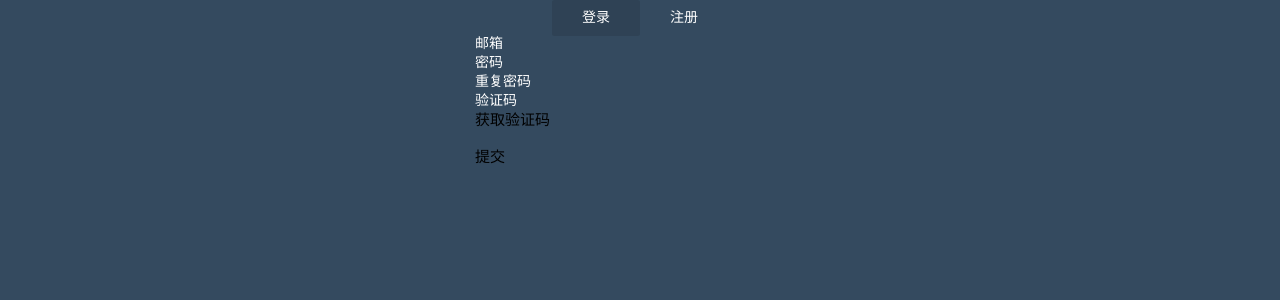
Repository: stingys/vue-admin
Page: /
An editor plug-in stored every save of this project. The page is shown before and after the next save, followed by the edit.
The browser window is 1280 px wide. The pictures show the whole page.
The project was rebuilt for these pictures with package versions that can differ from the ones it lists, and the page was loaded fresh each time. Also part of the build but not shown: vue.config.js. Imported but missing from the stored project, and not drawn on this page: src/plugins/elementUI.

Above is the page before, as saved 2020-03-12 14:58:46.

### src/main.js
import Vue from "vue";
import App from "./App.vue";
import router from "./router";
import store from "./store";

import './plugins/elementUI'
import '../src/styles/reset.css'

Vue.config.productionTip = false;

new Vue({
  router,
  store,
  render: h => h(App)
}).$mount("#app");

### src/App.vue
<template>
  <div id="app">
     <router-view></router-view>
  </div>
</template>

### src/router/index.js
import Vue from "vue";
import VueRouter from "vue-router";

Vue.use(VueRouter);

const routes = [
  {
    path: "/",
    redirect:'login',
  },
  {
    path: "/login",
    name:'Login',
    component: () =>
      import(/* webpackChunkName: "about" */ "@/views/Login/index")
  }
];

const router = new VueRouter({
  routes
});

export default router;

### src/styles/reset.css
/*! normalize.css v8.0.1 | MIT License | github.com/necolas/normalize.css */
/* Document
   ========================================================================== */
/**
 * 1. Correct the line height in all browsers.
 * 2. Prevent adjustments of font size after orientation changes in iOS.
 */
/* div的默认样式不存在padding和margin为0的情况*/
html,
body,
div,
span,
applet,
object,
iframe,
h1,
h2,
h3,
h4,
h5,
h6,
p,
blockquote,
pre,
a,
abbr,
acronym,
address,
big,
cite,
code,
del,
dfn,
em,
img,
ins,
kbd,
q,
s,
samp,
small,
strike,
strong,
sub,
sup,
tt,
var,
b,
u,
i,
center,
dl,
dt,
dd,
ol,
ul,
fieldset,
form,
label,
legend,
table,
caption,
tbody,
tfoot,
thead,
tr,
th,
td,
article,
aside,
canvas,
details,
embed,
figure,
figcaption,
footer,
header,
hgroup,
menu,
nav,
output,
ruby,
section,
summary,
time,
mark,
audio,
video {
  margin: 0;
  padding: 0;
  font-size: 100%;
  font: inherit;
  vertical-align: baseline;
}
/* HTML5 display-role reset for older browsers */
article,
aside,
details,
figcaption,
figure,
footer,
header,
hgroup,
menu,
nav,
section {
  display: block;
}
html {
  line-height: 1.15;
  /* 1 */
  -webkit-text-size-adjust: 100%;
  /* 2 */
}
/* Sections
     ========================================================================== */
/**
   * Remove the margin in all browsers.
   */
body {
  margin: 0;
  /* background-color: #f7f7f7; */
  font-family: 'Microsoft YaHei';
  font-size: 15px;
}
/**
   * Render the `main` element consistently in IE.
   */
main {
  display: block;
}
/**
   * Correct the font size and margin on `h1` elements within `section` and
   * `article` contexts in Chrome, Firefox, and Safari.
   */
/* Grouping content
     ========================================================================== */
/**
   * 1. Add the correct box sizing in Firefox.
   * 2. Show the overflow in Edge and IE.
   */
hr {
  box-sizing: content-box;
  /* 1 */
  height: 0;
  /* 1 */
  overflow: visible;
  /* 2 */
}
/**
   * 1. Correct the inheritance and scaling of font size in all browsers.
   * 2. Correct the odd `em` font sizing in all browsers.
   */
pre {
  font-family: monospace, monospace;
  /* 1 */
  font-size: 1em;
  /* 2 */
}
/* Text-level semantics
     ========================================================================== */
/**
   * Remove the gray background on active links in IE 10.
   */
a {
  background-color: transparent;
  text-decoration: none;
}
/**
   * 1. Remove the bottom border in Chrome 57-
   * 2. Add the correct text decoration in Chrome, Edge, IE, Opera, and Safari.
   */
abbr[title] {
  border-bottom: none;
  /* 1 */
  text-decoration: underline;
  /* 2 */
  text-decoration: underline dotted;
  /* 2 */
}
/**
   * Add the correct font weight in Chrome, Edge, and Safari.
   */
b,
strong {
  font-weight: bolder;
}
/**
   * 1. Correct the inheritance and scaling of font size in all browsers.
   * 2. Correct the odd `em` font sizing in all browsers.
   */
code,
kbd,
samp {
  font-family: monospace, monospace;
  /* 1 */
  font-size: 1em;
  /* 2 */
}
/**
   * Add the correct font size in all browsers.
   */
small {
  font-size: 80%;
}
/**
   * Prevent `sub` and `sup` elements from affecting the line height in
   * all browsers.
   */
sub,
sup {
  font-size: 75%;
  line-height: 0;
  position: relative;
  vertical-align: baseline;
}
sub {
  bottom: -0.25em;
}
sup {
  top: -0.5em;
}
/* Embedded content
     ========================================================================== */
/**
   * Remove the border on images inside links in IE 10.
   */
img {
  display: block;
  border-style: none;
}
/* Forms
     ========================================================================== */
/**
   * 1. Change the font styles in all browsers.
   * 2. Remove the margin in Firefox and Safari.
   */
button,
input,
optgroup,
select,
textarea {
  font-family: inherit;
  /* 1 */
  font-size: 100%;
  /* 1 */
  line-height: 1.15;
  /* 1 */
  margin: 0;
  /* 2 */
}
/**
   * Show the overflow in IE.
   * 1. Show the overflow in Edge.
   */
button,
input {
  /* 1 */
  overflow: visible;
}
/**
   * Remove the inheritance of text transform in Edge, Firefox, and IE.
   * 1. Remove the inheritance of text transform in Firefox.
   */
button,
select {
  /* 1 */
  text-transform: none;
}
/**
   * Correct the inability to style clickable types in iOS and Safari.
   */
button,
[type="button"],
[type="reset"],
[type="submit"] {
  -webkit-appearance: button;
}
/**
   * Remove the inner border and padding in Firefox.
   */
button::-moz-focus-inner,
[type="button"]::-moz-focus-inner,
[type="reset"]::-moz-focus-inner,
[type="submit"]::-moz-focus-inner {
  border-style: none;
  padding: 0;
}
/**
   * Restore the focus styles unset by the previous rule.
   */
button:-moz-focusring,
[type="button"]:-moz-focusring,
[type="reset"]:-moz-focusring,
[type="submit"]:-moz-focusring {
  outline: 1px dotted ButtonText;
}
/**
   * Correct the padding in Firefox.
   */
fieldset {
  padding: 0.35em 0.75em 0.625em;
}
/**
   * 1. Correct the text wrapping in Edge and IE.
   * 2. Correct the color inheritance from `fieldset` elements in IE.
   * 3. Remove the padding so developers are not caught out when they zero out
   *    `fieldset` elements in all browsers.
   */
legend {
  box-sizing: border-box;
  /* 1 */
  color: inherit;
  /* 2 */
  display: table;
  /* 1 */
  max-width: 100%;
  /* 1 */
  padding: 0;
  /* 3 */
  white-space: normal;
  /* 1 */
}
/**
   * Add the correct vertical alignment in Chrome, Firefox, and Opera.
   */
progress {
  vertical-align: baseline;
}
/**
   * Remove the default vertical scrollbar in IE 10+.
   */
textarea {
  overflow: auto;
}
/**
   * 1. Add the correct box sizing in IE 10.
   * 2. Remove the padding in IE 10.
   */
[type="checkbox"],
[type="radio"] {
  box-sizing: border-box;
  /* 1 */
  padding: 0;
  /* 2 */
}
/**
   * Correct the cursor style of increment and decrement buttons in Chrome.
   */
[type="number"]::-webkit-inner-spin-button,
[type="number"]::-webkit-outer-spin-button {
  height: auto;
}
/**
   * 1. Correct the odd appearance in Chrome and Safari.
   * 2. Correct the outline style in Safari.
   */
[type="search"] {
  -webkit-appearance: textfield;
  /* 1 */
  outline-offset: -2px;
  /* 2 */
}
/**
   * Remove the inner padding in Chrome and Safari on macOS.
   */
[type="search"]::-webkit-search-decoration {
  -webkit-appearance: none;
}
/**
   * 1. Correct the inability to style clickable types in iOS and Safari.
   * 2. Change font properties to `inherit` in Safari.
   */
::-webkit-file-upload-button {
  -webkit-appearance: button;
  /* 1 */
  font: inherit;
  /* 2 */
}
/* Interactive
     ========================================================================== */
/*
   * Add the correct display in Edge, IE 10+, and Firefox.
   */
details {
  display: block;
}
/*
   * Add the correct display in all browsers.
   */
summary {
  display: list-item;
}
/* Misc
     ========================================================================== */
/**
   * Add the correct display in IE 10+.
   */
template {
  display: none;
}
/**
   * Add the correct display in IE 10.
   */
[hidden] {
  display: none;
}
ul,
li {
  list-style: none;
}

### src/views/Login/index.vue
<template>
   <div id="login">
    <div class="login-wrap">
      <ul class="menu-tab">
        <li v-for="item in menuTab" :key="item.id" :class="{'current': item.current}" @click="toggleMenu(item)">
          {{ item.txt }}
        </li>
      </ul>
    <!-- 表单 start -->
    <el-form :model="ruleForm" status-icon :rules="rules" ref="ruleForm" size="medium" class="login-form">

      <el-form-item prop="username" class="item-from">
        <label for="email">邮箱</label>
        <el-input id="email" v-model="ruleForm.username" autocomplete="off"></el-input>
      </el-form-item>

      <el-form-item prop="password" class="item-from">
        <label for="password">密码</label>
        <el-input id="password" type="text" v-model="ruleForm.password" maxlength="20" autocomplete="off"></el-input>
      </el-form-item>

       <el-form-item prop="passwords" class="item-from" v-show="model === 'register'">
        <label for="passwords">重复密码</label>
        <el-input id="passwords" type="text" v-model="ruleForm.passwords" maxlength="20" autocomplete="off"></el-input>
      </el-form-item>

      <el-form-item prop="code" class="item-from">
        <label for="code">验证码</label>
        <el-row :gutter="10">
          <el-col :span="15">
            <el-input id="code" v-model="ruleForm.code" maxlength="6"></el-input>
          </el-col>
          <el-col :span="9">
            <el-button type="success">获取验证码</el-button>
          </el-col>
        </el-row>
      </el-form-item>

      <el-form-item>
        <el-button type="danger" @click="submitForm('ruleForm')" class="block login-btn">提交</el-button>
        <!-- <el-button @click="resetForm('ruleForm')">重置</el-button> -->
      </el-form-item>
    </el-form>
    <!-- 表单 end -->
    </div>
   </div>
</template>

<script>
import {
  stripscript,
  validatePass,
  validateEmail,
  validateVCode
} from "@/utils/validate";
export default {
  name: "Home",
  data() {
    //验证用户名
    let validateUsername = (rule, value, callback) => {
      if (value === "") {
        callback(new Error("请输入用户名"));
      } else if (validateEmail(value)) {
        callback(new Error("用户名格式有误"));
      } else {
        callback();
      }
    };
    // 验证密码
    let validatePassword = (rule, value, callback) => {
      this.ruleForm.password = stripscript(value);
      value = this.ruleForm.password;
      if (value === "") {
        callback(new Error("请输入密码"));
      } else if (validatePass(value)) {
        callback(new Error("密码为6至20位数字+字母"));
      } else {
        callback();
      }
    };
    // 验证重复密码
    let validatePasswords = (rule, value, callback) => {
      // 如果模块值为login, 直接通过
      // if (this.model.value === "login") {
      //   callback();
      // }
      // 过滤后的数据
      this.ruleForm.passwords = stripscript(value);
      value = this.ruleForm.passwords;
      if (value === "") {
        callback(new Error("请再次输入密码"));
      } else if (value != this.ruleForm.password) {
        callback(new Error("重复密码不正确"));
      } else {
        callback();
      }
    };
    // 验证验证码
    let validateCode = (rule, value, callback) => {
      if (value === "") {
        return callback(new Error("请输入验证码"));
      } else if (validateVCode(value)) {
        return callback(new Error("验证码格式有误"));
      } else {
        callback();
      }
    };
    return {
      model:'register',/* 模块值 */
      menuTab: [
        { txt: "登录", current: true, type: "login" },
        { txt: "注册", current: false, type: "register" }
      ],
      ruleForm: {
        username: "",
        password: "",
        passwords: "",
        code: ""
      },
      rules: {
        username: [{ validator: validateUsername, trigger: "blur" }],
        password: [{ validator: validatePassword, trigger: "blur" }],
        passwords: [{ validator: validatePasswords, trigger: "blur" }],
        code: [{ validator: validateCode, trigger: "blur" }]
      }
    };
  },
  methods: {
    toggleMenu(data) {
      /* 点击切换菜单的时候把.current去掉 */
      this.menuTab.forEach(item => {
        item.current = false;
      });
      /* 点击的时候加.current */
      data.current = true;
    },
    submitForm(formName) {
      this.$refs[formName].validate(valid => {
        if (valid) {
          alert("submit!");
        } else {
          console.log("error submit!!");
          return false;
        }
      });
    },
    resetForm(formName) {
      this.$refs[formName].resetFields();
    }
  }
};
</script>

<style lang="less" scoped>
#login {
  height: 100vh;
  background-color: #344a5f;
}
.login-wrap {
  width: 330px;
  margin: auto;
}
.menu-tab {
  text-align: center;
  li {
    display: inline-block;
    width: 88px;
    line-height: 36px;
    font-size: 14px;
    color: #fff;
    border-radius: 2px;
    cursor: pointer;
  }
  .current {
    background-color: rgba(0, 0, 0, 0.1);
  }
}
.login-form {
  margin-top: 29px;
  label {
    display: block;
    margin-bottom: 3px;
    font-size: 14px;
    color: #fff;
  }
  .item-from {
    margin-bottom: 13px;
  }
  .block {
    display: block;
    width: 100%;
  }
  .login-btn {
    margin-top: 19px;
  }
}
</style>

### src/utils/validate.js
/**
 * 过滤特殊字符
 */
export function stripscript(str) {
    var pattern = new RegExp("[`~!@#$^&*()=|{}':;',\\[\\].<>/?~！@#￥……&*（）&;—|{ }【】‘；：”“'。，、？]")
    var rs = "";
    for (var i = 0; i < str.length; i++) {
        rs = rs + str.substr(i, 1).replace(pattern, '');
    }
    return rs;
}
/**
 * 验证邮箱
 */
export function validateEmail(value){
    let reg = /^([a-zA-Z]|[0-9])(\w|\-)+@[a-zA-Z0-9]+\.([a-zA-Z]{2,4})$/;
    return !reg.test(value) ? true : false;
}
/**
 * 验证密码 6至20位的字母+数字
 */
export function validatePass(value){
    let reg = /^(?!\D+$)(?![^a-zA-Z]+$)\S{6,20}$/;
    return !reg.test(value) ? true : false;
}
/**
 * 验证验证码
 */
export function validateVCode(value){
    let reg = /^[a-z0-9]{6}$/;
    return !reg.test(value) ? true : false;
}

/**
 * 没有使用default时，可以同时声明多个export。
 * 文件 import 需要花括号。
 */

Loaded but not shown: public/index.html (common file); src/store/index.js (common file)

After the next save:
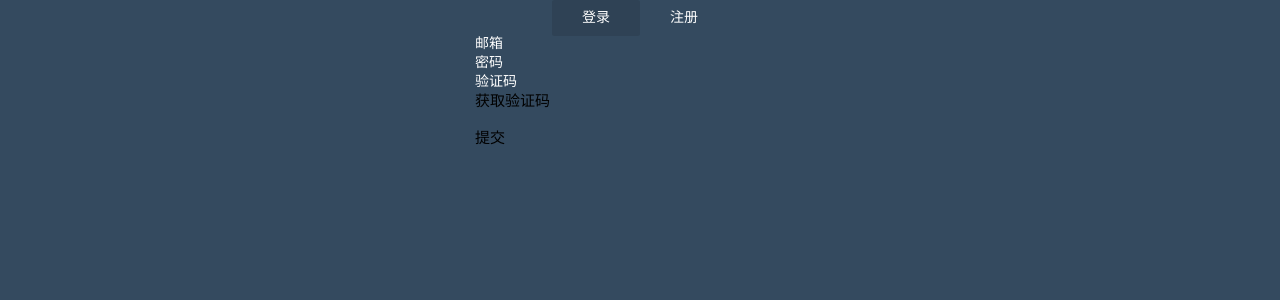
Saved 35 s later.
--- a/src/views/Login/index.vue
+++ b/src/views/Login/index.vue
@@ -106,7 +106,7 @@ export default {
       }
     };
     return {
-      model:'register',/* 模块值 */
+      model:'login',/* 模块值 */
       menuTab: [
         { txt: "登录", current: true, type: "login" },
         { txt: "注册", current: false, type: "register" }
